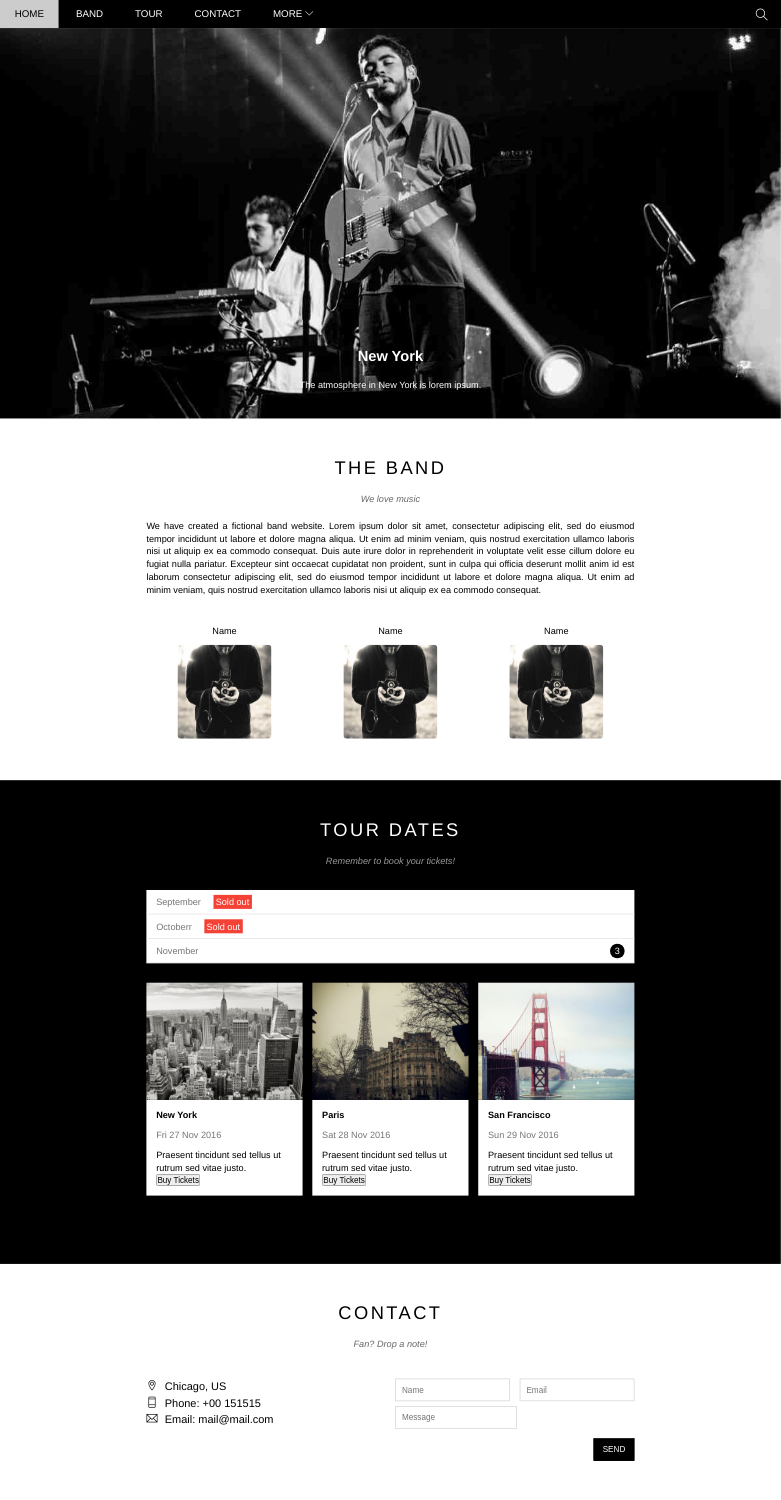
Repository: vophuocthanh/phuocthanhk03
Page: index.html
An editor plug-in stored every save of this project. The page is shown before and after the next save, followed by the edit.
The browser window is 1280 px wide. The pictures show the whole page, at 61% of full size.

Above is the page before, as saved 2022-03-27 14:11:06.

After the next save:
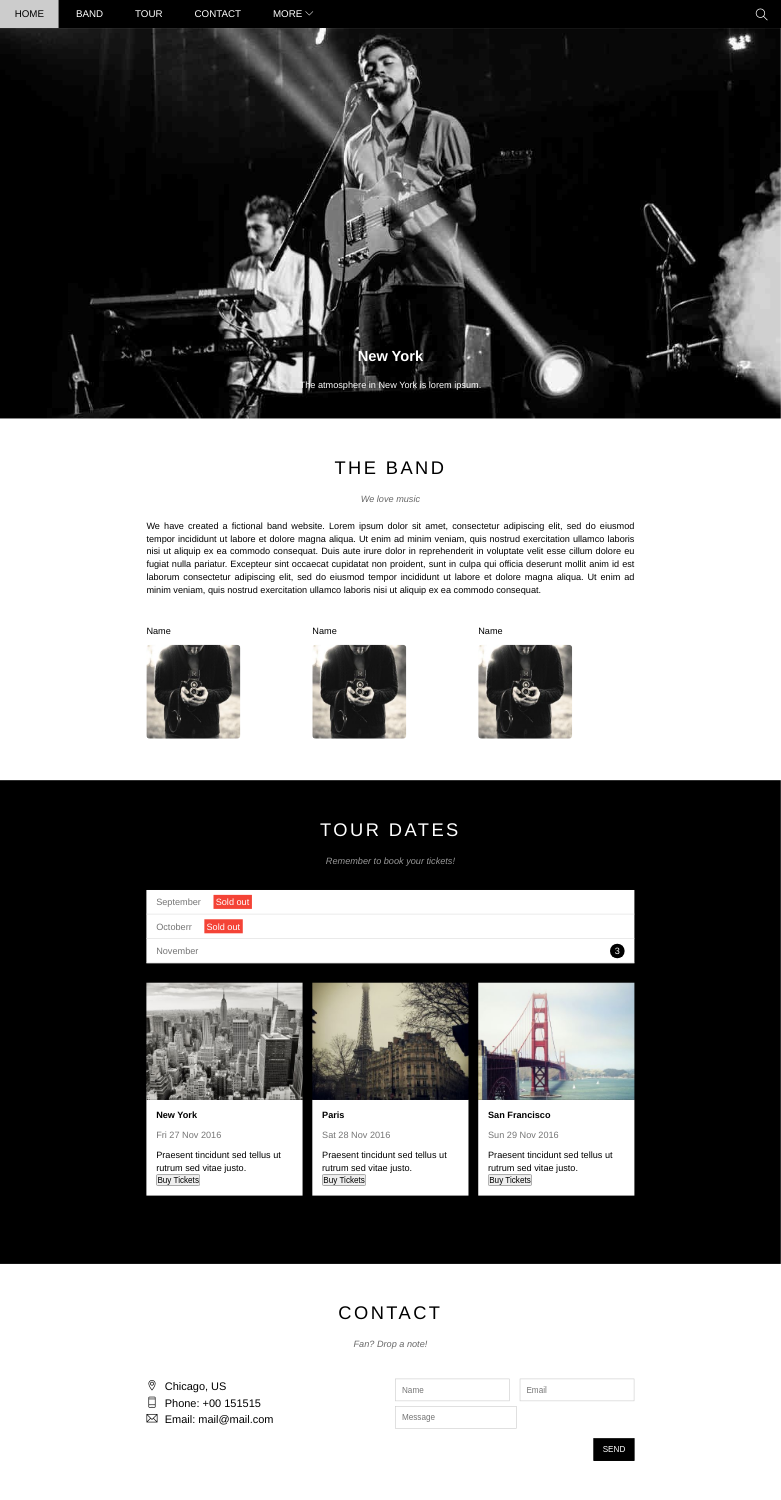
Saved 105 s later.
--- a/asset/css/style.css
+++ b/asset/css/style.css
@@ -33,7 +33,7 @@ html {
     color: #fff !important;
 }
 
-.text-content {
+.text-center {
     text-align: center !important;
 }
 
